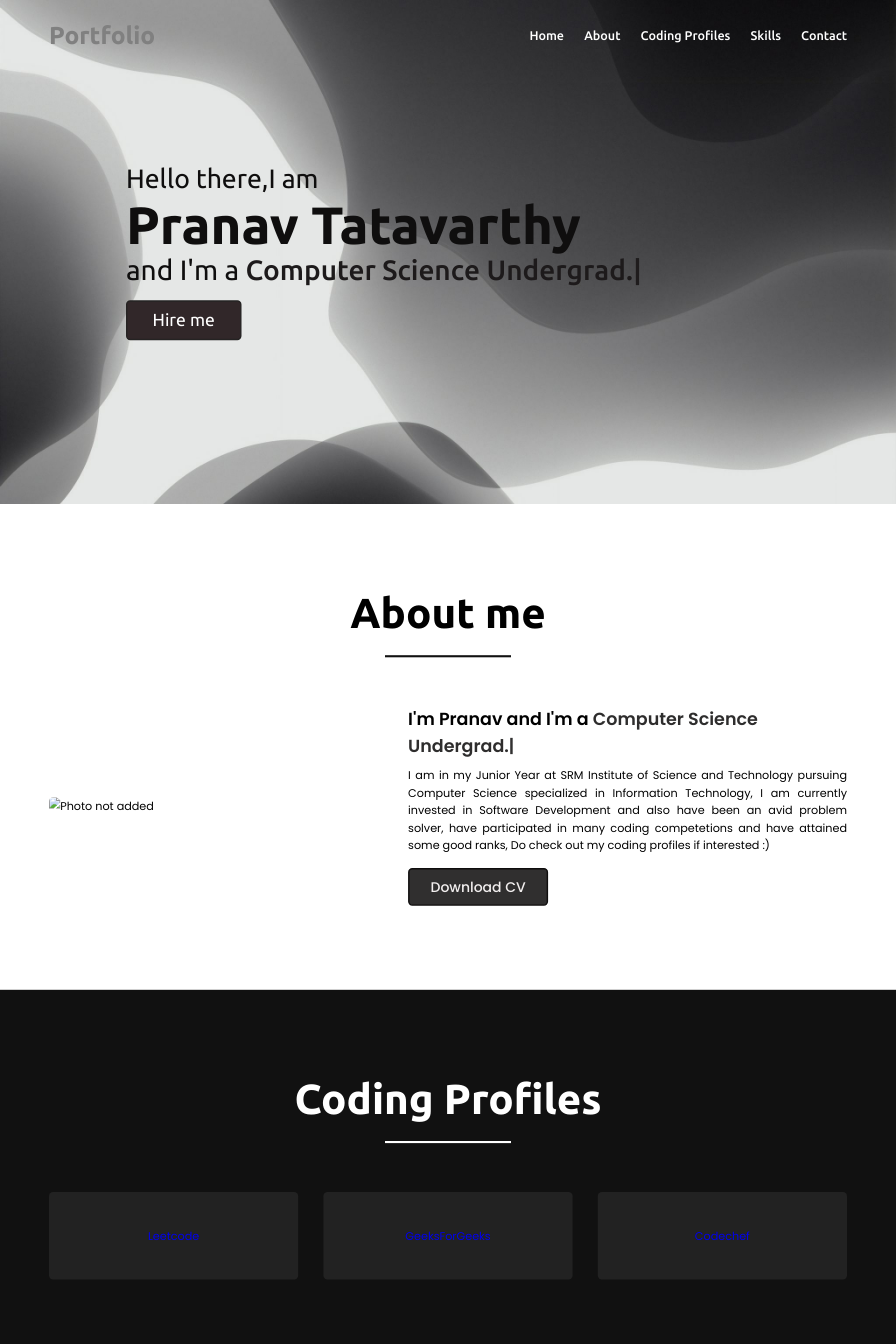
Repository: nyasagupta27/Portfolio-cn
Page: index.html
An editor plug-in stored every save of this project. The page is shown before and after a run of saves, followed by the edit.
The browser window is 1280 px wide. The pictures show the part of the page from y = 0 to 1920 px (the page is 3326 px tall), at 70% of full size.
Backgrounds fixed to the window are drawn as part of the page.

Above is the page before, as saved 2022-11-24 02:13:30.

After the next 8 saves:
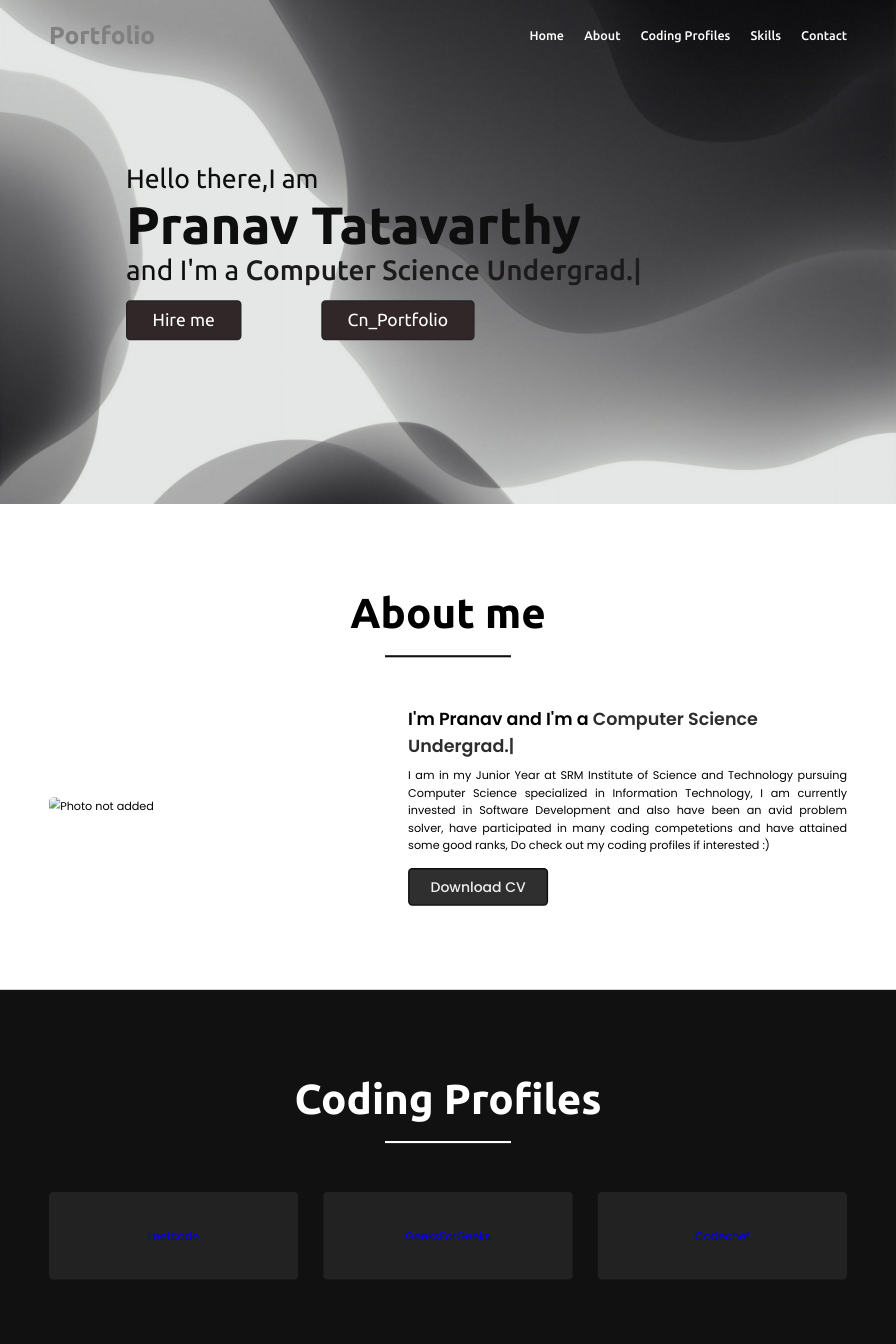
The 8 saves are shown as one change because they came seconds apart.
The last was saved 3 min 39 s later.
--- a/index.html
+++ b/index.html
@@ -40,6 +40,7 @@
                 <div class="text-2">Pranav Tatavarthy</div>
                 <div class="text-3">and I'm a <span class="typing"></span></div>
                 <a href="https://mail.google.com/mail/?view=cm&fs=1&to=pranavtatavarthy12@gmail.com&su=SUBJECT&body=BODY">Hire me</a>
+                <a href="https://mail.google.com/mail/?view=cm&fs=1&to=pranavtatavarthy12@gmail.com&su=SUBJECT&body=BODY">Cn_Portfolio</a>
             </div>
         </div>
     </section>
